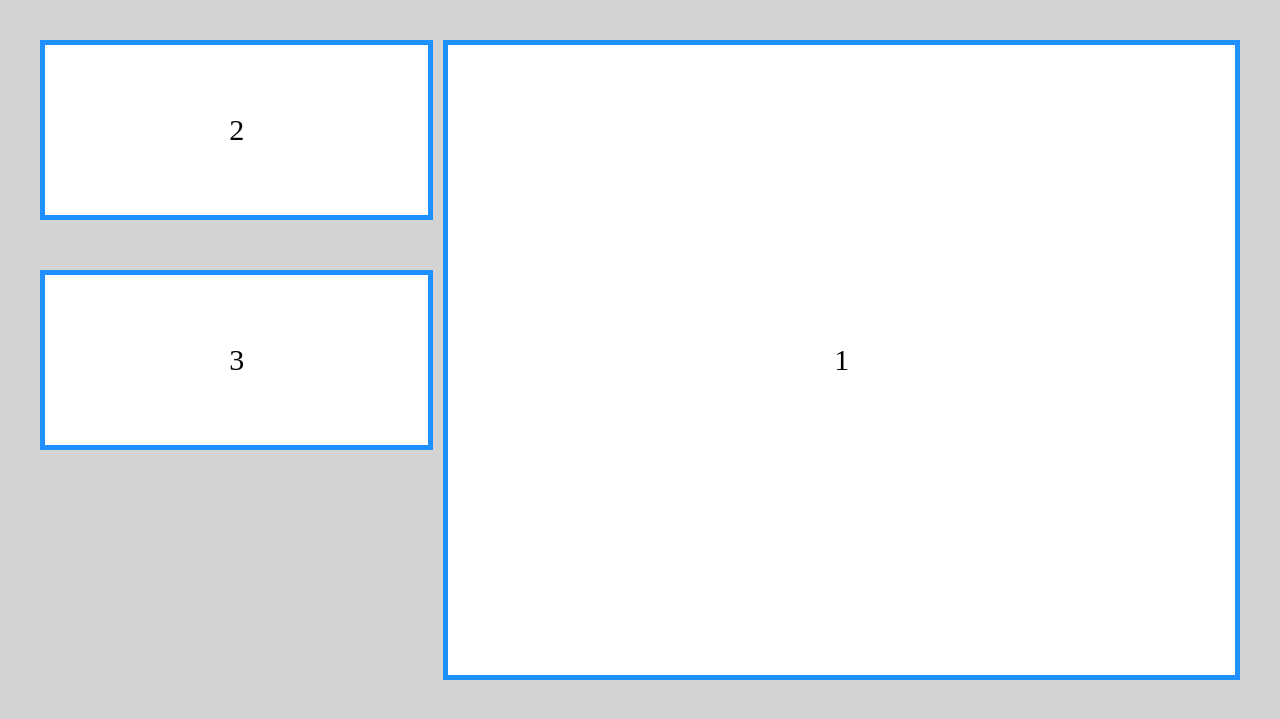
Repository: eversonps/flexbox-grid-css
Page: grid/cssgrid2.html
An editor plug-in stored every save of this project. The page is shown before and after the next save, followed by the edit.
The browser window is 1280 px wide. The pictures show the whole page.

Above is the page before, as saved 2022-03-23 16:50:04.

After the next save:
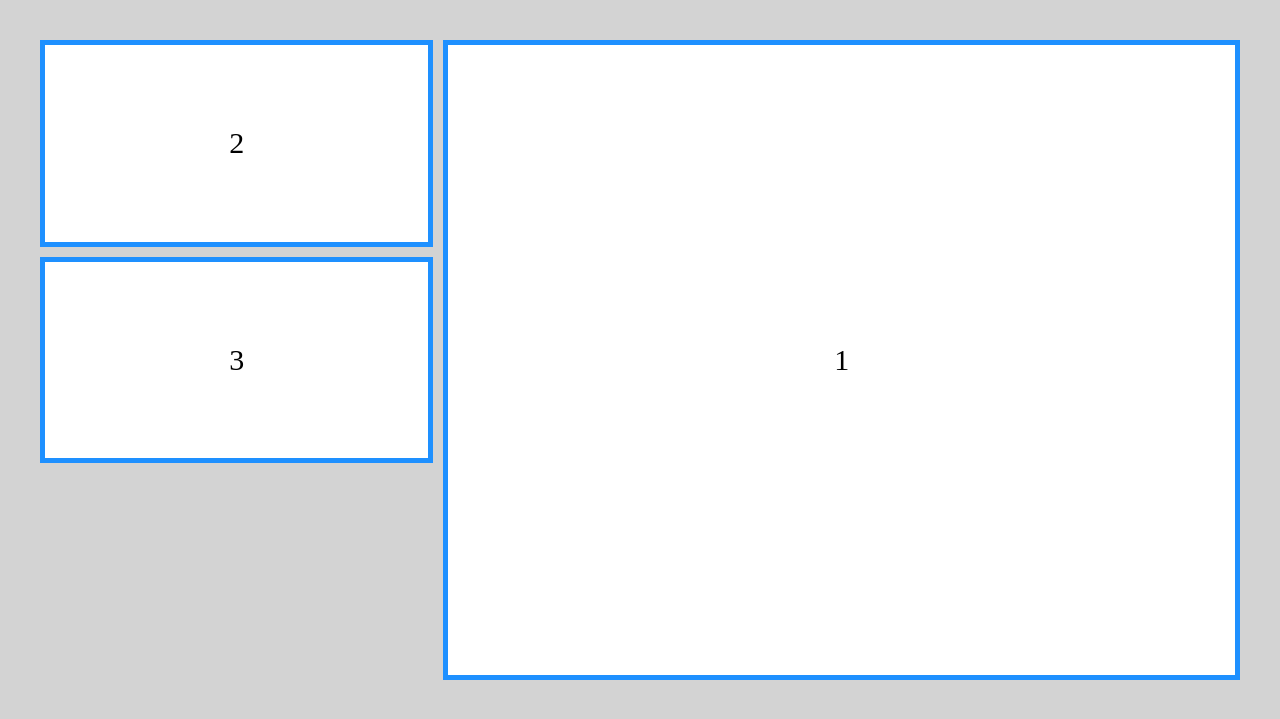
Saved 51 s later.
--- a/grid/cssgrid2.html
+++ b/grid/cssgrid2.html
@@ -31,6 +31,7 @@
             grid-column-gap: 20px;
             grid-row-gap: 20px;
             grid-gap: 50px 10px;
+            grid-gap: 10px;
         }
 
         .d1{
